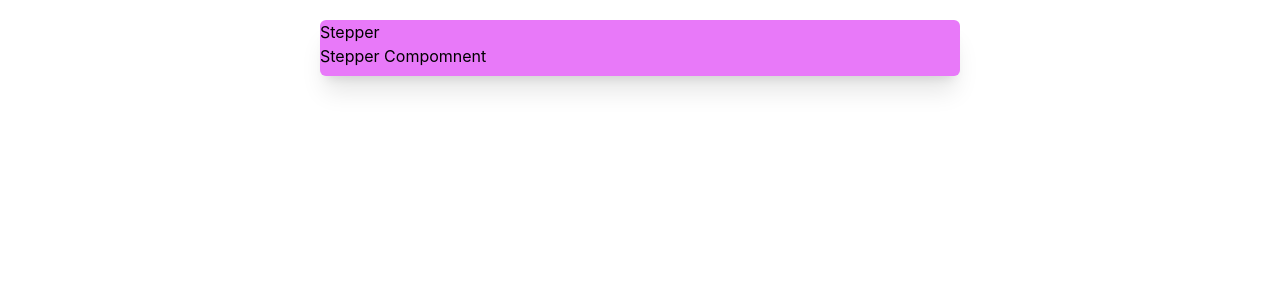
Repository: OmniaRafat232111121/reactstepper
Page: /
The author's editor kept a copy of each file at every save. The page is drawn from the files as they stood at one save, then again after the next save.
The browser window is 1280 px wide. The pictures show the whole page.
The project was rebuilt for these pictures with package versions that can differ from the ones it lists, and the page was loaded fresh each time. Also part of the build but not shown: src/App.css.

Above is the page before, as saved 2023-02-21 16:56:00.

After the next save:
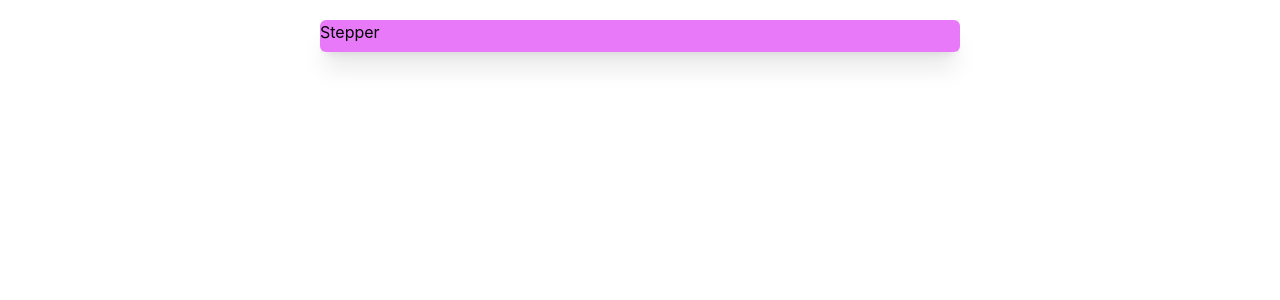
Saved 36 s later.
--- a/src/Component/StepperControl.js
+++ b/src/Component/StepperControl.js
@@ -3,7 +3,7 @@ import React from 'react'
 const StepperControl = () => {
   return (
     <div>
-      <h1>Stepper Compomnent</h1>
+
     </div>
   )
 }
